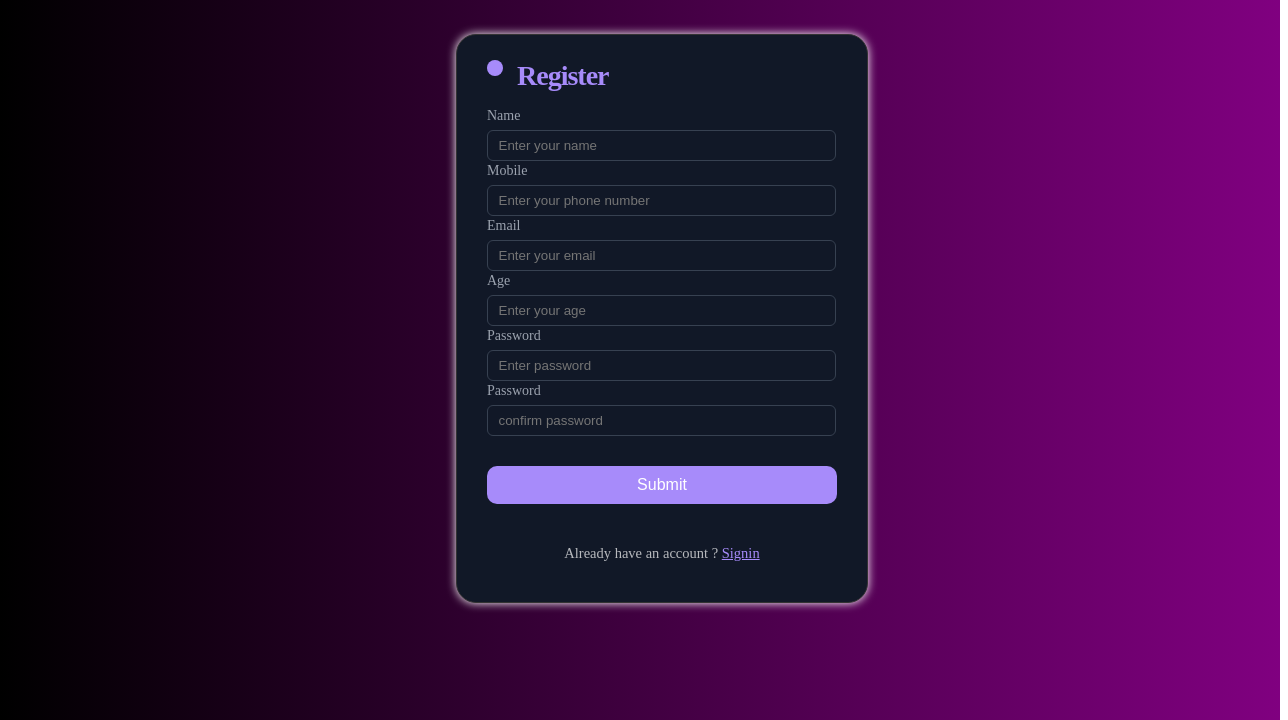
Repository: PeruriNaresh/Bank_Project
Page: http://localhost/bank_project/register.jsp
An editor plug-in stored every save of this project. The page is shown before and after the next save, followed by the edit.
The browser window is 1280 px wide. The page is 1280 px wide, then 1288 px, so the pictures cover 1288 px, including what lies to the right of the window. The pictures show the whole page.
The page is served by Tomcat 9. Other server files are loaded and not shown.

Above is the page before, as saved 2024-10-24 17:49:02.

### bank_project/src/main/webapp/register.jsp
<%@ page language="java" contentType="text/html; charset=UTF-8"
    pageEncoding="UTF-8"%>
<!DOCTYPE html>
<html>
<head>
    <meta charset="UTF-8">
    <meta name="viewport" content="width=device-width, initial-scale=1.0">
    <style>
        body
        {
            width: 100%;
            height: 100%;
            overflow: hidden;
            background: linear-gradient(to right, black, purple );
        }
        .form {
        display: flex;
        width: 35%;
        flex-direction: column;
        gap: 10px;
        max-width: 350px;
        padding: 25px 30px;
        border-radius: 20px;
        position: relative;
        background-color: rgba(17, 24, 39, 1);
        box-shadow: 0px 0px 10px white;
        color: #fff;
        border: 1px solid #333;
        margin: 2% 35%;
        z-index:-1;
        position: absolute;
        }

        .title {
        font-size: 28px;
        font-weight: 600;
        letter-spacing: -1px;
        position: relative;
        display: inline;
        align-items: center;
        padding-left: 30px;
        color:rgba(167, 139, 250, 1);
        margin: 0px;
        }

        .title::before {
        width: 18px;
        height: 18px;
        }

        .title::after {
        width: 18px;
        height: 18px;
        animation: pulse 1s linear infinite;
        }

        .title::before,
        .title::after {
        position: absolute;
        content: "";
        height: 16px;
        width: 16px;
        border-radius: 50%;
        left: 0px;
        background-color:  rgba(167, 139, 250, 1);
        }

        .message,
        .signin {
        font-size: 14.5px;
        color: rgba(255, 255, 255, 0.7);
        z-index:1;
        }

        .signin {
        text-align: center;
        }

        .signin a:hover {
        text-decoration: underline royalblue;
        }

        .signin a {
        color: rgba(167, 139, 250, 1);
        }

        .flex {
        display: flex;
        width: 100%;
        gap: 6px;
        }

        .form label {
        position: relative;
        }

        .form label .input {
        background-color: transparent;
        color: #fff;
        width: 95%;
        font-size: auto;
        padding: 10px 10px 10px 10px;
        border: 1px solid black;
        outline: 1px solid  rgba(167, 139, 250, 1);
        border-radius: 2px;
        }

        .form label .input + span {
        color: rgba(255, 255, 255, 0.5);
        position: absolute;
        left: 10px;
        top: 0px;
        font-size: 0.9em;
        cursor: text;
        transition: 0.3s ease;
        }

        .form label .input:placeholder-shown + span {
        top: 12.5px;
        font-size: 0.9em;
        }

        .form label .input:focus + span,
        .form label .input:valid + span {
        color: rgba(167, 139, 250, 1);
        top: 0px;
        font-size: 0.7em;
        font-weight: 600;
        }

        .input-group {
        margin-top: 0.25rem;
        font-size: 0.875rem;
        line-height: 1.25rem;
        }
        .input-group input {
        width: 93%;
        border-radius: 0.375rem;
        border: 1px solid rgba(55, 65, 81, 1);
        outline: 0;
        background-color: rgba(17, 24, 39, 1);
        padding: 2% 3%;
        color: rgba(243, 244, 246, 1);
        }
        .input-group label {
        display: block;
        color: rgba(156, 163, 175, 1);
        margin-bottom: 4px;
        }
        .input-group input:focus {
        border-color: rgba(167, 139, 250);
        }

        .submit {
        border: none;
        outline: none;
        padding: 10px;
        border-radius: 10px;
        color: #fff;
        font-size: 16px;
        transform: .3s ease;
        background-color:  rgba(167, 139, 250, 1);
        position:relative;
        }

        @keyframes pulse {
        from {
            transform: scale(0.9);
            opacity: 1;
        }

        to {
            transform: scale(1.8);
            opacity: 0;
        }
        }
    </style>
    <title>Document</title>
</head>
<body>

    <form class="form" action="register" method="post">
        <p class="title">Register </p>
        <div class="input-group">
            <label for="username">Name</label>
            <input type="text" name="name" id="username" placeholder="Enter your name" required>
            <label for="mobile">Mobile</label>
            <input type="number" name="phone" id="mobile" placeholder="Enter your phone number" required>
            <label for="email">Email</label>
            <input type="text" name="email" id="email" placeholder="Enter your email" required>
            <label for="age">Age</label>
            <input type="number" name="age" id="age" placeholder="Enter your age" required>
            <label for="password">Password</label>
            <input type="password" name="password" id="password" placeholder="Enter password" required>
            <label for="confirm">Password</label>
            <input type="password" id="confirm" placeholder="confirm password" required>
            <p style="opacity:0;display:inline" id="msg">passwords doesnot match</p>
        </div>
        <button class="submit" disabled>Submit</button>
        <%String msg= (String)request.getAttribute("msg");%>
        <p style="display:inline;height:1vh;width:100;margin:0px"><%if(msg!=null)
        {
            out.println(msg);
        }%></p>
        <p class="signin">Already have an account ? <a href="index.jsp">Signin</a> </p>
    </form>
    <script>
        var inputs=document.querySelectorAll("input");
        var msg=document.getElementById("msg");
        var confirm=inputs[5];
        var submit=document.querySelector("button");
        confirm.addEventListener("input",()=>
        {
            var pass= inputs[4].value;
            if(pass!=confirm.value)
            {
                msg.style.opacity=1;
            }
            else
            {
                msg.style.opacity=0;
                submit.removeAttribute("disabled");
            }
        });
    </script>
</body>
</html>

After the next save:
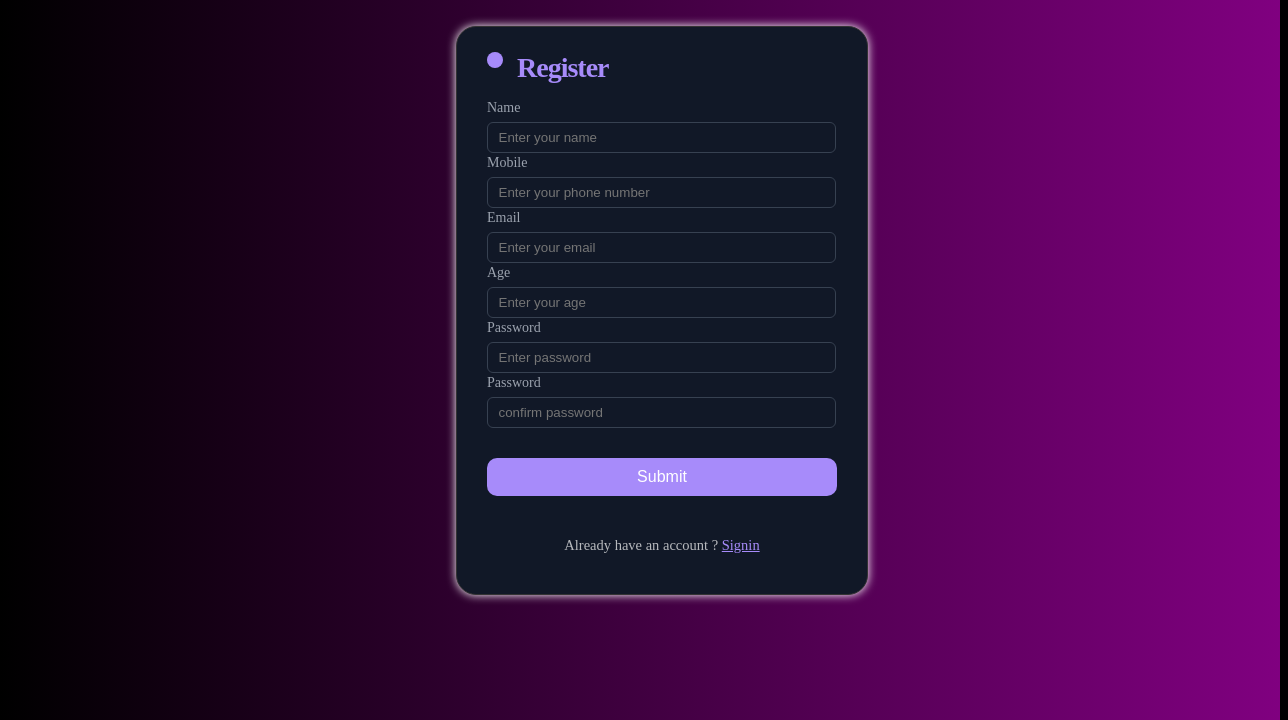
Saved 67 s later.
--- a/bank_project/src/main/webapp/register.jsp
+++ b/bank_project/src/main/webapp/register.jsp
@@ -28,7 +28,6 @@
         border: 1px solid #333;
         margin: 2% 35%;
         z-index:-1;
-        position: absolute;
         }
 
         .title {
